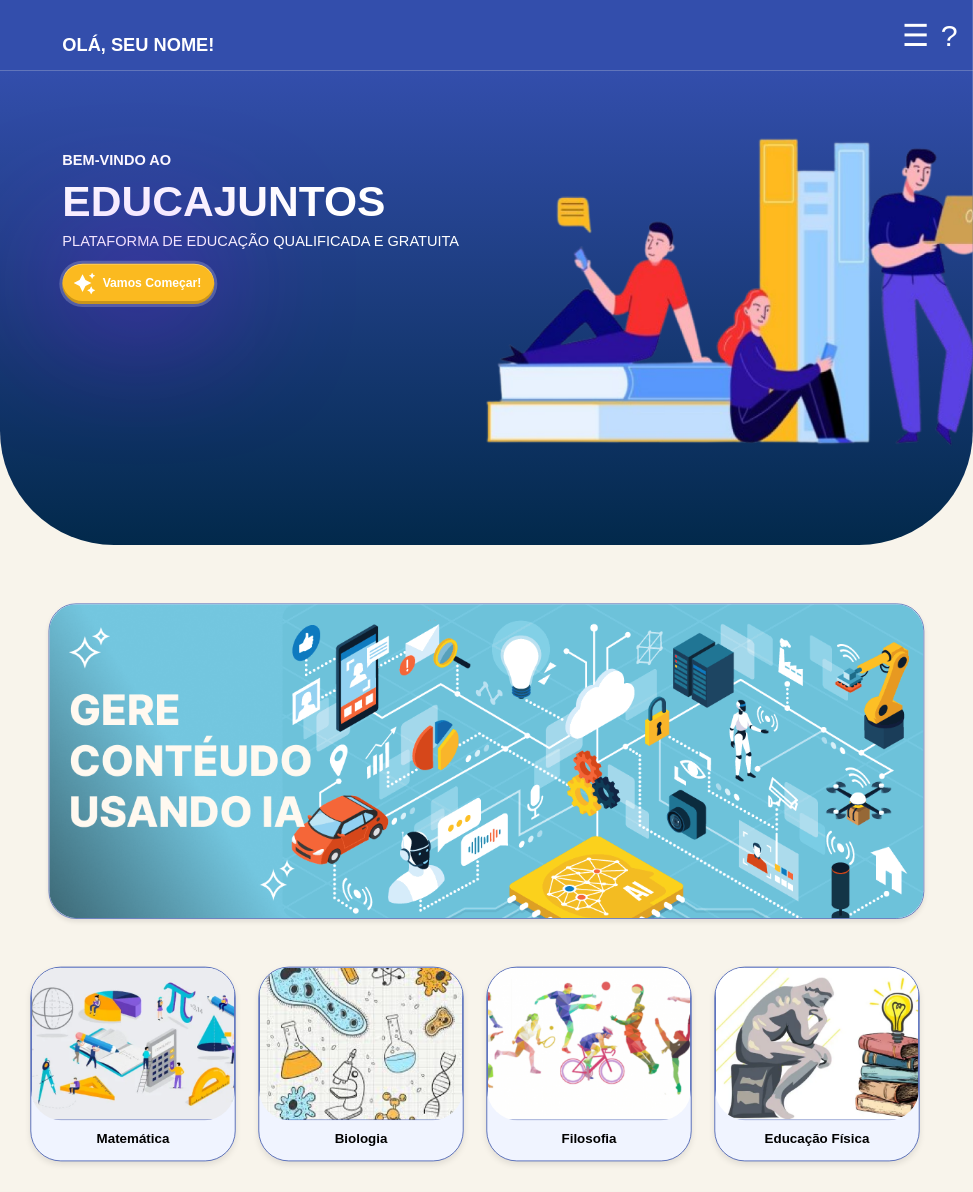
Repository: Matheus904-12/EDUCAJUNTOS
Page: inicio/index.html
An editor plug-in stored every save of this project. The page is shown before and after the next save, followed by the edit.
The browser window is 1280 px wide. The pictures show the whole page, at 76% of full size.
The pointer rests on the first visible `.btn`.

Above is the page before, as saved 2024-10-28 20:10:49.

After the next save:
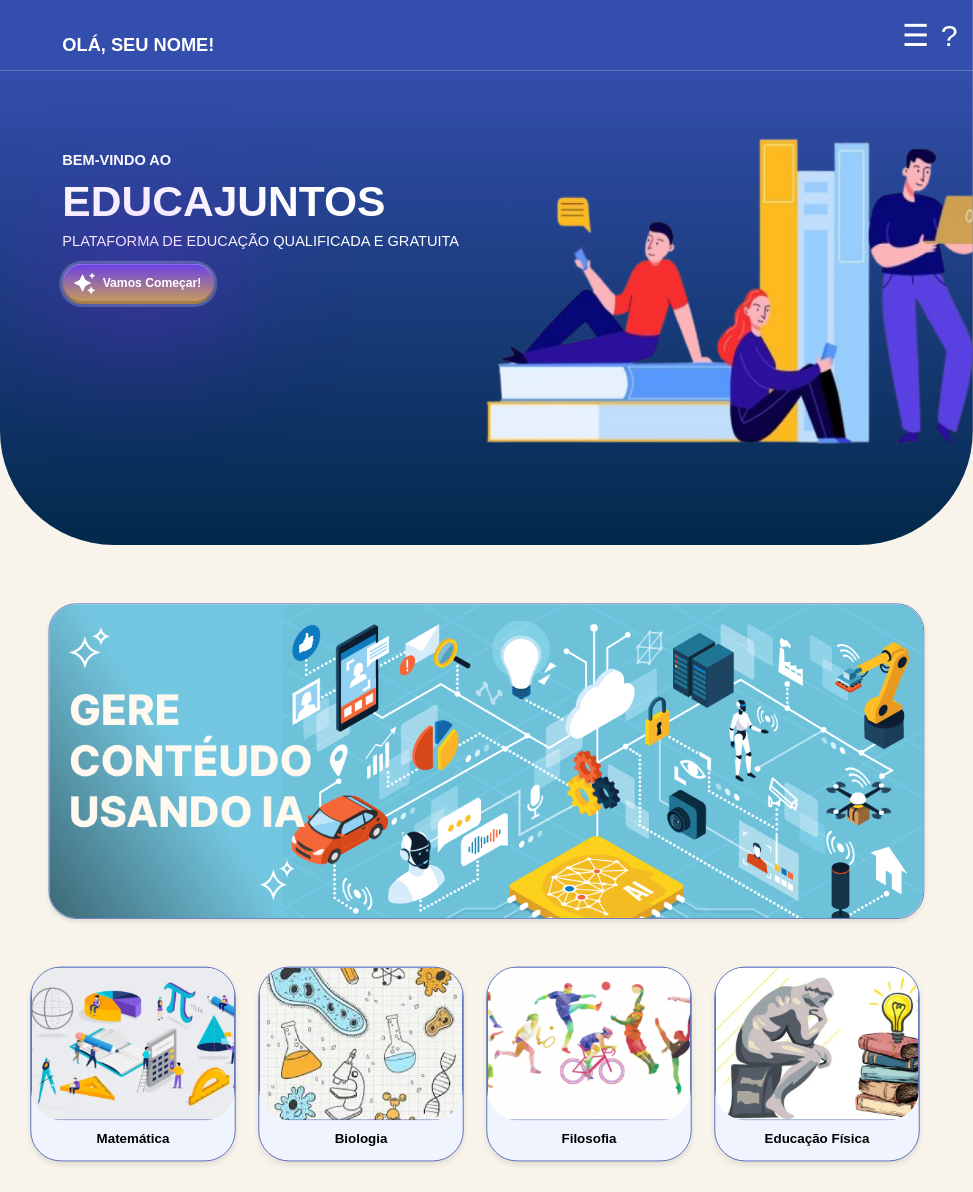
Saved 9 s later.
--- a/inicio/style.css
+++ b/inicio/style.css
@@ -162,7 +162,7 @@ nav {
   }
 
   .btn:hover {
-    background: linear-gradient(0deg,cca152,#683FEA);
+    background: linear-gradient(0deg,#cca152,#683FEA);
     box-shadow: inset 0px 1px 0px 0px rgba(255, 255, 255, 0.4),
     inset 0px -4px 0px 0px rgba(0, 0, 0, 0.2),
     0px 0px 0px 4px rgba(255, 255, 255, 0.2),
